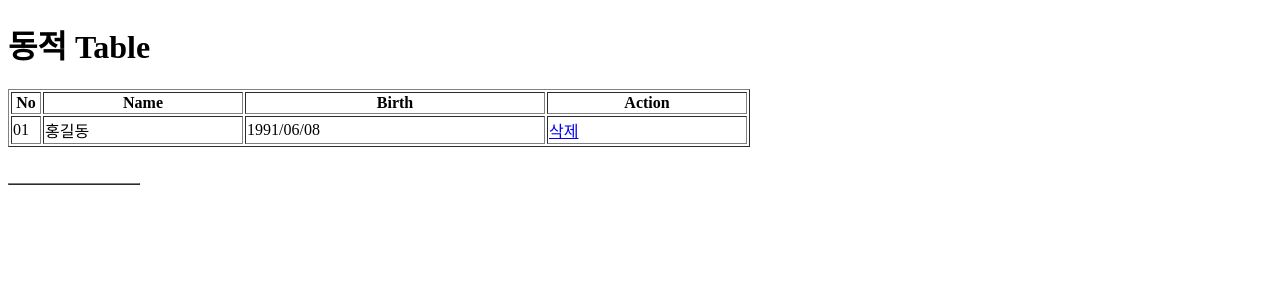
Repository: jeongho97/JQuery
Page: alloc/WebContent/index.html
These files come from the project's save history. The page is drawn as it stood at one moment and after the next save; the edit follows.
The browser window is 1280 px wide. The pictures show the whole page.

Above is the page before, as saved 2022-05-13 07:13:38.

### alloc/WebContent/index.html
<!DOCTYPE html>
<html>
<head>
<meta charset="UTF-8">
<title>Insert title here</title>
<script src="https://code.jquery.com/jquery-3.6.0.js"></script>
</head>
<body>

<h1>동적 Table</h1>

<table border="1" id="list_table">
<colgroup>

	<col style="width:30px">
	<col style="width:200px">
	<col style="width:300px">
	<col style="width:200px">

</colgroup>

<thead>
<tr>

	<th>No</th>
	<th>Name</th>
	<th>Birth</th>
	<th>Action</th>

</tr>
</thead>

<tbody>
<tr>
	<td>01</td>
	<td>홍길동</td>
	<td>1991/06/08</td>
	<td><a href="#" class="delete-link">삭제</a></td>
</tr>
</tbody>


</table>

<br><br>

<table border="1" id="append_table">
<colgroup>
	<col style="width:30px">
	<col style="width:30px">
	<col style="width:30px">
	<col style="width:30px">
</colgroup>

</table>
</body>
</html>

After the next save:
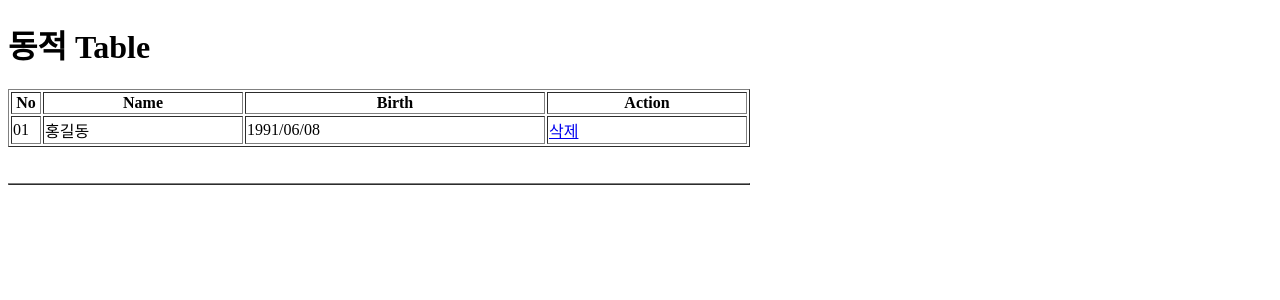
Saved 16 s later.
--- a/alloc/WebContent/index.html
+++ b/alloc/WebContent/index.html
@@ -47,9 +47,9 @@
 <table border="1" id="append_table">
 <colgroup>
 	<col style="width:30px">
-	<col style="width:30px">
-	<col style="width:30px">
-	<col style="width:30px">
+	<col style="width:200px">
+	<col style="width:300px">
+	<col style="width:200px">
 </colgroup>
 
 </table>
